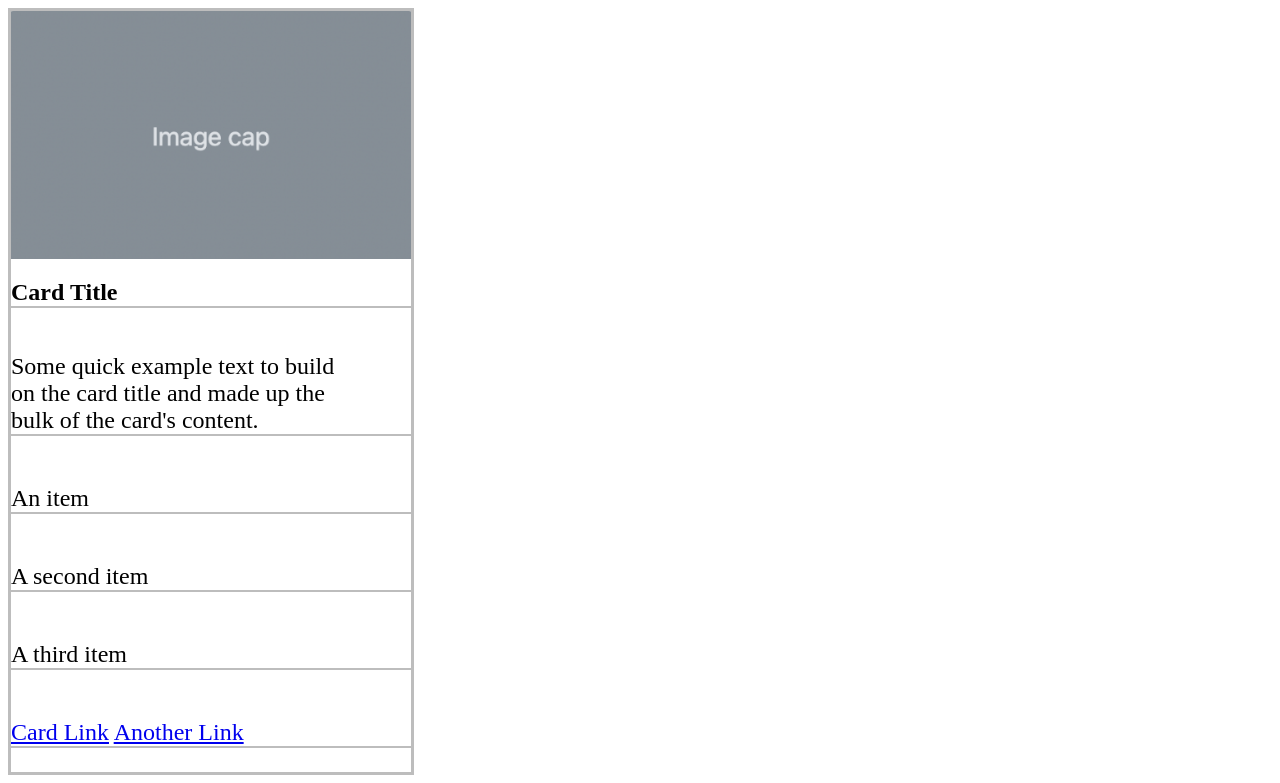
Repository: tr2cky/nav
Page: card.html
An editor plug-in stored every save of this project. The page is shown before and after the next save, followed by the edit.
The browser window is 1280 px wide. The pictures show the whole page.

Above is the page before, as saved 2022-09-27 16:34:09.

### card.html
<!DOCTYPE html>
<html lang="en">

<head>
    <meta charset="UTF-8">
    <meta http-equiv="X-UA-Compatible" content="IE=edge">
    <meta name="viewport" content="width=device-width, initial-scale=1.0">
    <title>Document</title>
    <link rel="stylesheet" href="style.css">
</head>

<body>
    <article class="container">
        <img src="imagecap.png" alt="Image Cap">
        <h2>Card Title</h2>
        <p>Some quick example text to build <br>
            on the card title and made up the <br>
            bulk of the card's content.</p>
        <p>An item</p>
        <p>A second item</p>
        <p>A third item</p>
        <p><a href="https://google.com">Card Link</a> <a href="https://twitter.com">Another Link</a></p>
    </article>
</body>

</html>

### style.css
.container {
    display: flex;
    flex-direction: column;
    border: 3px solid rgba(128, 128, 128, 0.516);
    max-width: 400px;
    gap: 1px;
}
.container > img {
    max-width: 1400px;
}
.container > p, h2 {
    font-size: 1.5rem;
    border-bottom: 2px solid rgba(128, 128, 128, 0.516);
}

After the next save:
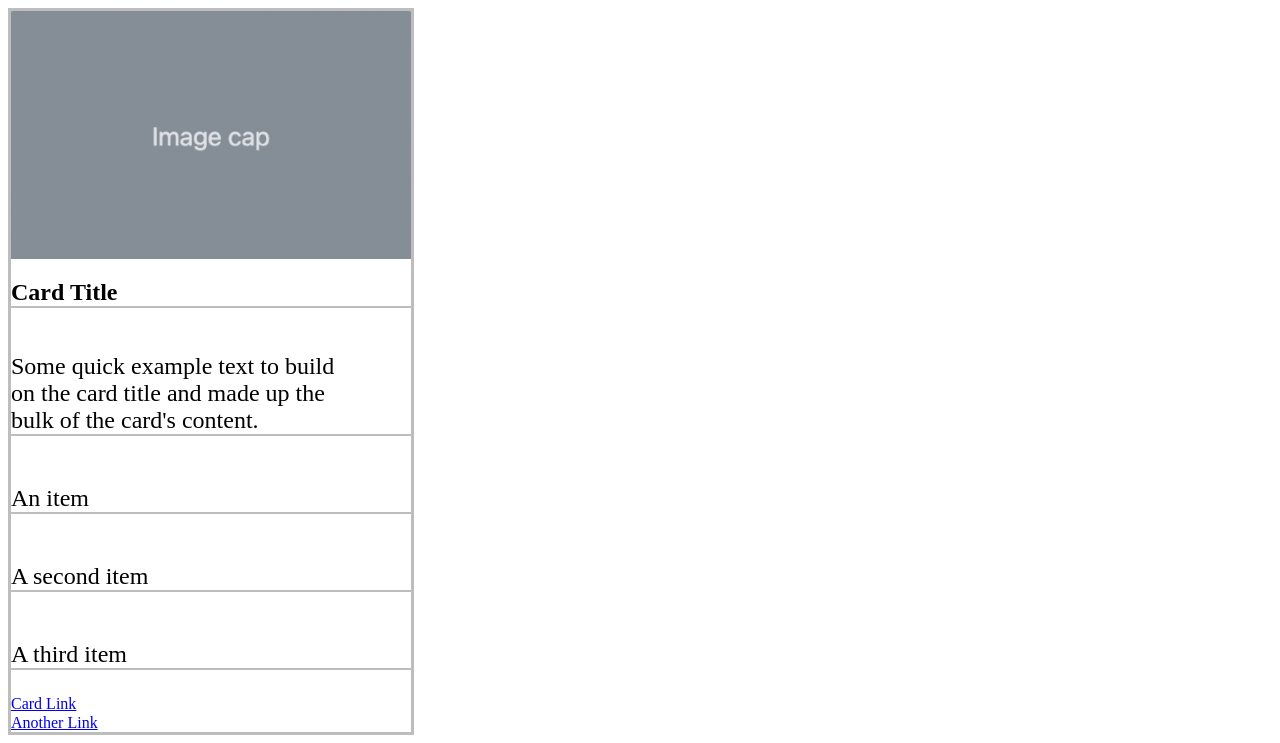
Saved 98 s later.
--- a/card.html
+++ b/card.html
@@ -19,7 +19,7 @@
         <p>An item</p>
         <p>A second item</p>
         <p>A third item</p>
-        <p><a href="https://google.com">Card Link</a> <a href="https://twitter.com">Another Link</a></p>
+        <a href="https://google.com">Card Link</a> <a href="https://twitter.com">Another Link</a>
     </article>
 </body>
 
